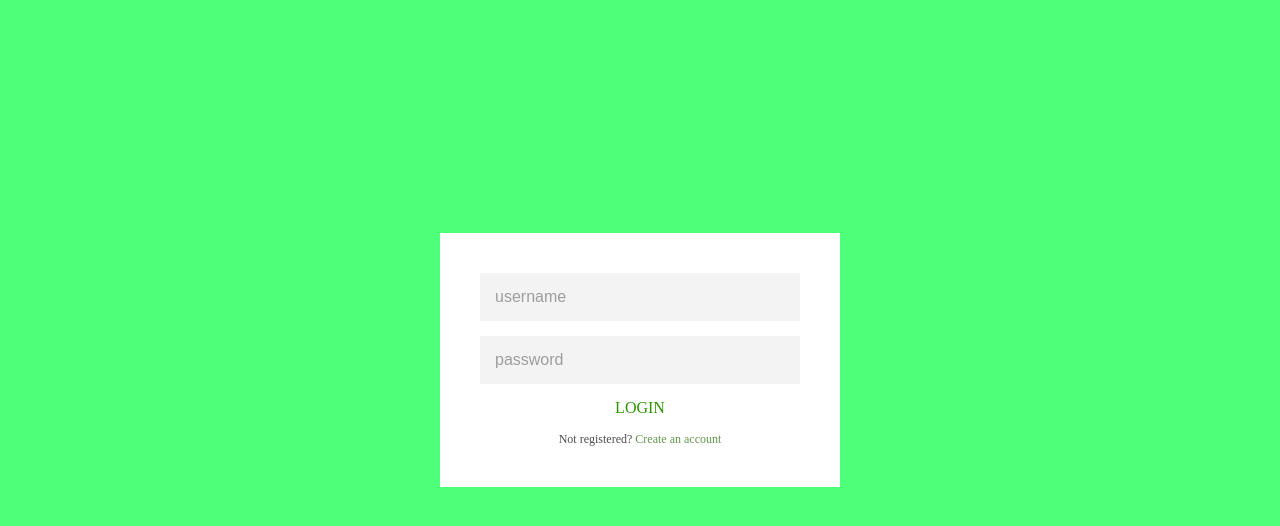
Repository: taka-sama/HTML-CSS-JS
Page: web00-lite/ex2/public_html/index.html
An editor plug-in stored every save of this project. The page is shown before and after the next save, followed by the edit.
The browser window is 1280 px wide. The pictures show the whole page.
The style sheet was rebuilt from its Sass, Less or Tailwind sources for each picture, by a compiler version that may differ from the author's.

Above is the page before, as saved 2022-01-04 18:33:51.

After the next save:
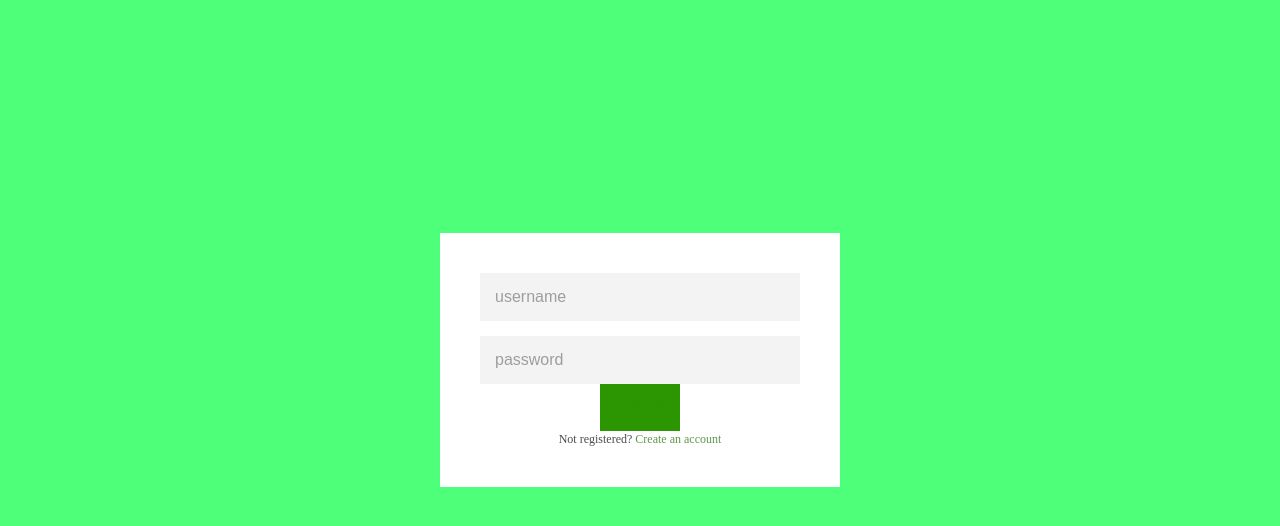
Saved 8 s later.
--- a/web00-lite/ex2/public_html/style.scss
+++ b/web00-lite/ex2/public_html/style.scss
@@ -36,7 +36,7 @@
     &:not(:first-child) {
       margin-top:  15px;
     }
-    &:nth-child(3) button {
+    &:nth-child(3) a {
       padding: 15px;
       background-color: rgb(44, 149, 2);
       color: white;
